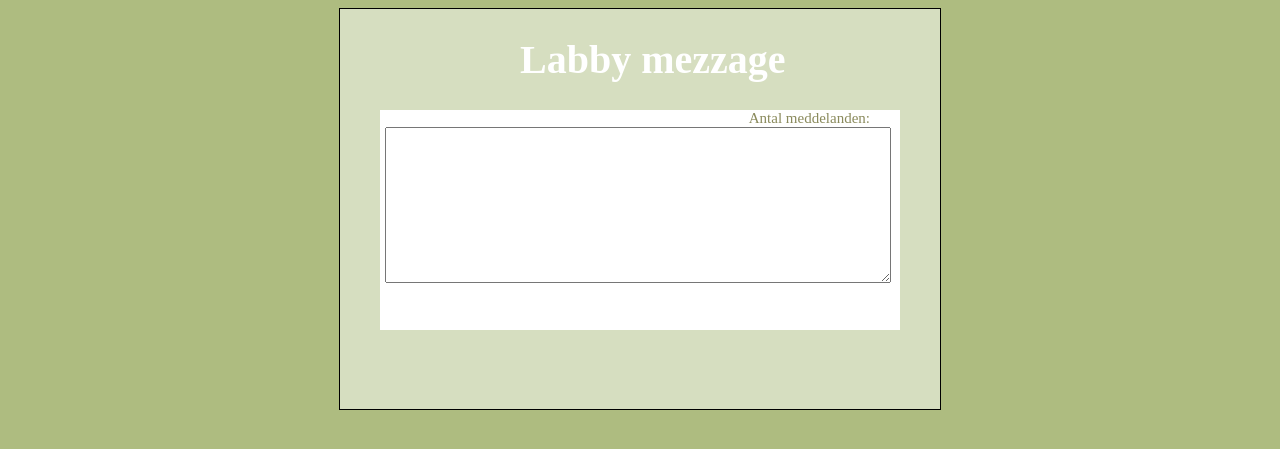
Repository: JuliaSivartsson/1dv403-jsigc09-laborationer
Page: 2-labbymezzage/index.html
The author's editor kept a record of every edit. The page is drawn from the files as they stood at one moment, then again after the next edit.
The browser window is 1280 px wide. The pictures show the whole page.

Above is the page before.
Console error: TypeError: Cannot read properties of undefined (reading 'getText')

After the next edit:
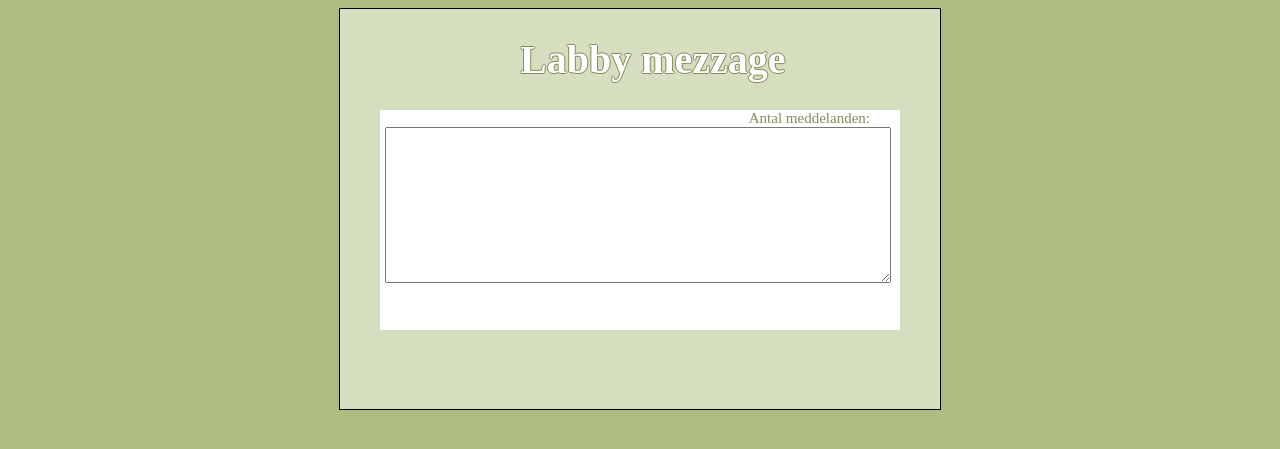
The edit:
--- a/2-labbymezzage/css/style.css
+++ b/2-labbymezzage/css/style.css
@@ -8,6 +8,7 @@
    color: #fff;
    margin-left: 180px;
    font-size: 40px;
+    text-shadow: -1px 0 #8A8A5C, 0 1px #8A8A5C, 1px 0 #8A8A5C, 0 -1px #8A8A5C;
 }
 
 #content{
